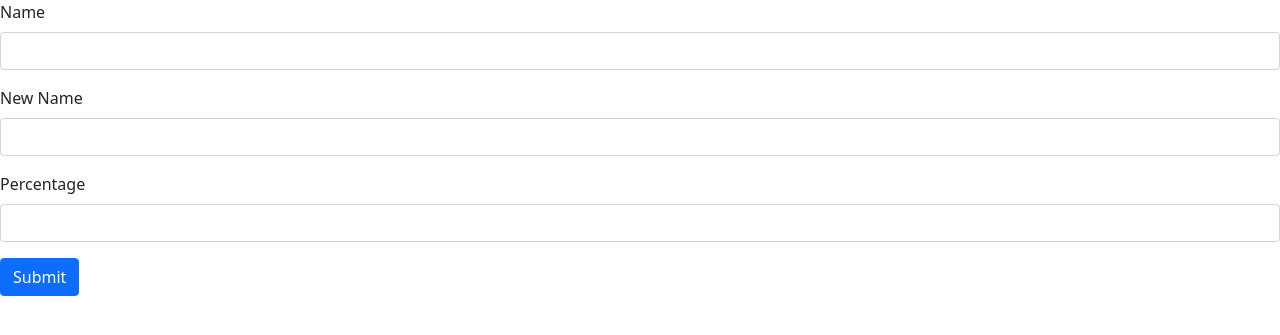
Repository: shivamaninalla/Bank-Application-JSP
Page: http://localhost/09-student-mvc-db/updatestudent.jsp
These files come from the project's save history. The page is drawn as it stood at one moment and after the next save; the edit follows.
The browser window is 1280 px wide. The pictures show the whole page.
The page is served by Tomcat 9. Other server files are loaded and not shown.

Above is the page before, as saved 2024-07-17 11:33:14.

### 09-student-mvc-db/WebContent/updatestudent.jsp
<%@ page language="java" contentType="text/html; charset=ISO-8859-1"
    pageEncoding="ISO-8859-1"%>
<%@ taglib uri="http://java.sun.com/jsp/jstl/core" prefix="c"%>
<%@ taglib uri="http://java.sun.com/jsp/jstl/functions" prefix="fn"%>
<link
	href="https://cdn.jsdelivr.net/npm/bootstrap@5.0.2/dist/css/bootstrap.min.css"
	rel="stylesheet"
	integrity="sha384-EVSTQN3/azprG1Anm3QDgpJLIm9Nao0Yz1ztcQTwFspd3yD65VohhpuuCOmLASjC"
	crossorigin="anonymous">
<script
	src="https://cdn.jsdelivr.net/npm/bootstrap@5.0.2/dist/js/bootstrap.bundle.min.js"
	integrity="sha384-MrcW6ZMFYlzcLA8Nl+NtUVF0sA7MsXsP1UyJoMp4YLEuNSfAP+JcXn/tWtIaxVXM"
	crossorigin="anonymous"></script>
<!DOCTYPE html>
<html>
<head>
<meta charset="ISO-8859-1">
<title>Insert title here</title>
</head>
<body>
<form action="StudentController">
<input type="hidden" name="command" value="update">
  <div class="mb-3">

    <label for="name" class="form-label">Name</label>
    <input type="text" class="form-control" id="name" name="name">
    </div>
    <div class="mb-3">
    <label for="new_name" class="form-label">New Name</label>
    <input type="text" class="form-control" id="name" name="name">
    </div>
   <div class="mb-3">
    <label for="percentage" class="form-label">Percentage</label>
    <input type="text" class="form-control" id="percentage" name="percentage">
    </div>

  <button type="submit" class="btn btn-primary">Submit</button>

</form>

</body>
</html>

After the next save:
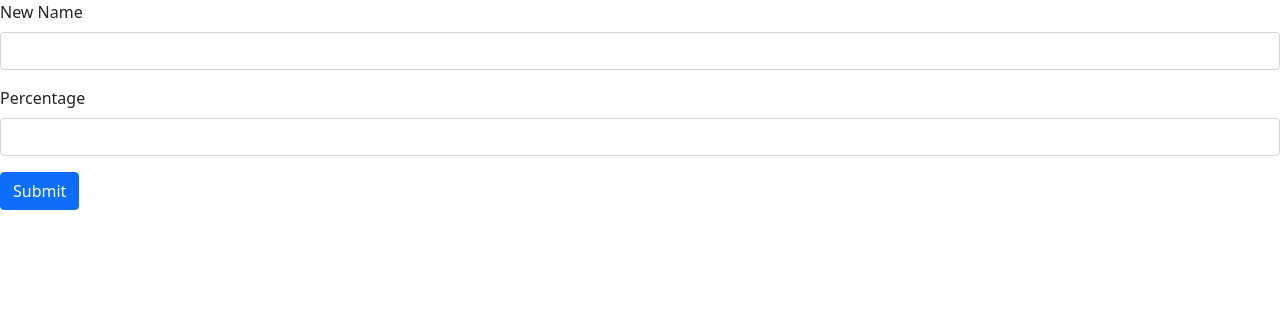
Saved 13 s later.
--- a/09-student-mvc-db/WebContent/updatestudent.jsp
+++ b/09-student-mvc-db/WebContent/updatestudent.jsp
@@ -20,11 +20,7 @@
 <body>
 <form action="StudentController">
 <input type="hidden" name="command" value="update">
-  <div class="mb-3">
 
-    <label for="name" class="form-label">Name</label>
-    <input type="text" class="form-control" id="name" name="name">
-    </div>
     <div class="mb-3">
     <label for="new_name" class="form-label">New Name</label>
     <input type="text" class="form-control" id="name" name="name">
